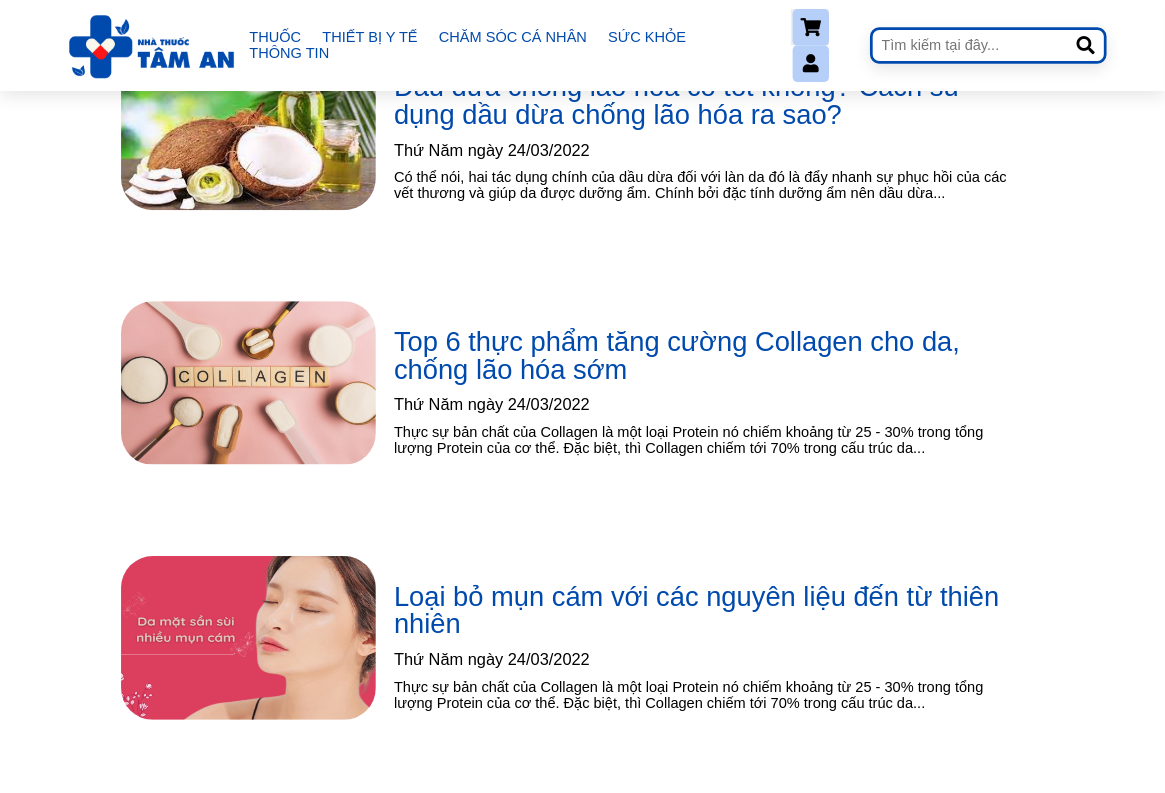
Repository: ViralAIWorks/TamAnPharmacy.github.io
Page: pages/chamsoccanhan.html
These files come from the project's save history. The page is drawn as it stood at one moment and after the next save; the edit follows.
The browser window is 1280 px wide. The pictures show the whole page, at 91% of full size.
Some web fonts or font styles are not loaded; a fallback is used.

Above is the page before, as saved 2022-03-23 19:07:39.
Console error: ReferenceError: Swiper is not defined

After the next save:
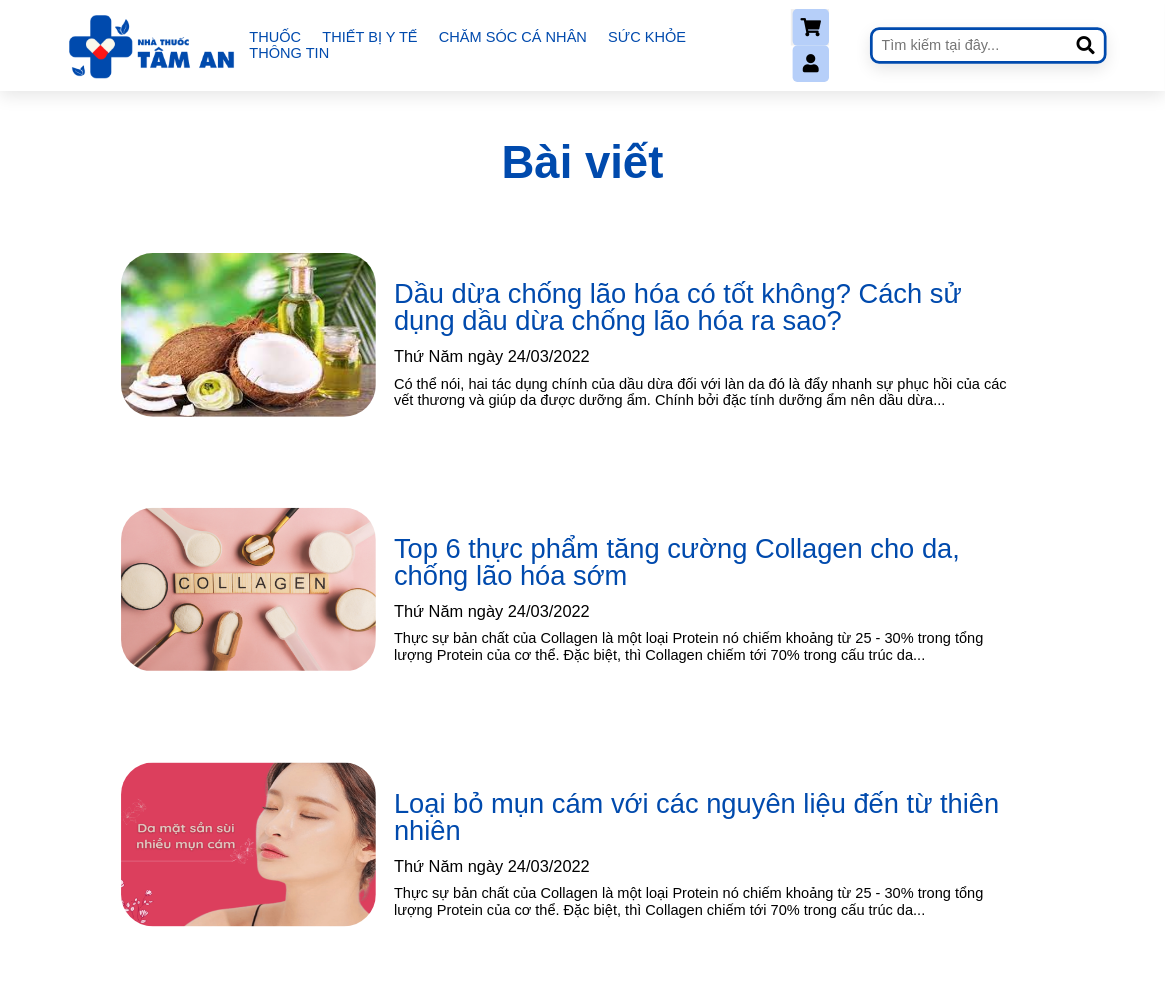
Saved 2 min 41 s later.
--- a/pages/chamsoccanhan.html
+++ b/pages/chamsoccanhan.html
@@ -7,7 +7,7 @@
     <meta name="viewport" content="width=device-width, initial-scale=1.0">
     <title>Sức Khỏe</title>
     <link rel="stylesheet" href="https://cdnjs.cloudflare.com/ajax/libs/font-awesome/5.15.4/css/all.min.css" />
-
+    <link rel="stylesheet" href="pages\suckhoe.css">
     <link rel="stylesheet" href="./chamsoccanhan.css">
 
 </head>
